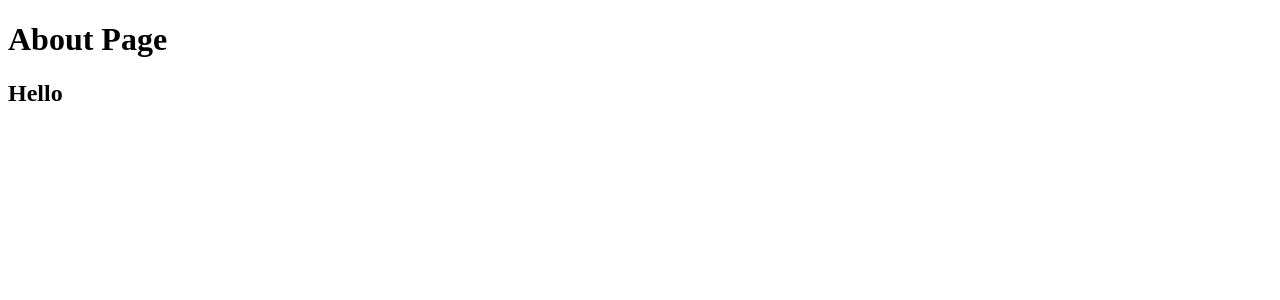
Repository: MelindaN14/My-Personal-Website
Page: about.html
These files come from the project's save history. The page is drawn as it stood at one moment and after a run of saves; the edit follows.
The browser window is 1280 px wide. The pictures show the whole page.

Above is the page before, as saved 2024-03-18 20:18:18.

After the next 2 saves:
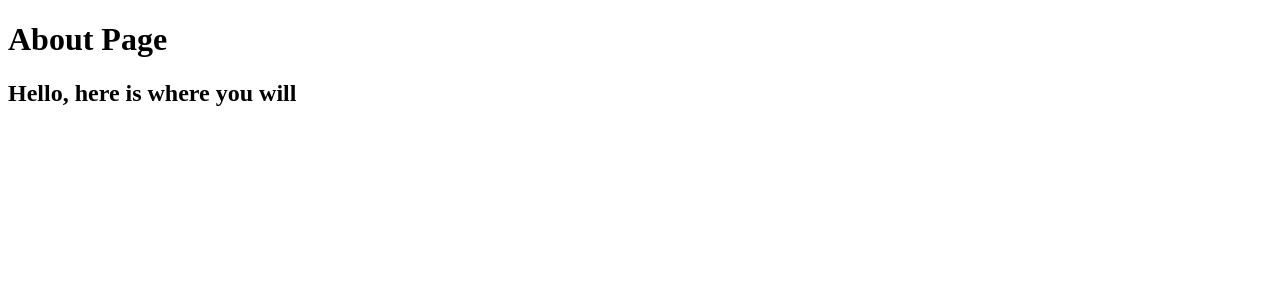
The 2 saves are shown as one change because they came seconds apart.
The last was saved 10 s later.
--- a/about.html
+++ b/about.html
@@ -6,7 +6,7 @@
     <title>About Page</title>
 </head>
 <h1>About Page</h1>
-<h2>Hello</h2>
+<h2>Hello, here is where you will </h2>
 <body>
 
 </body>
